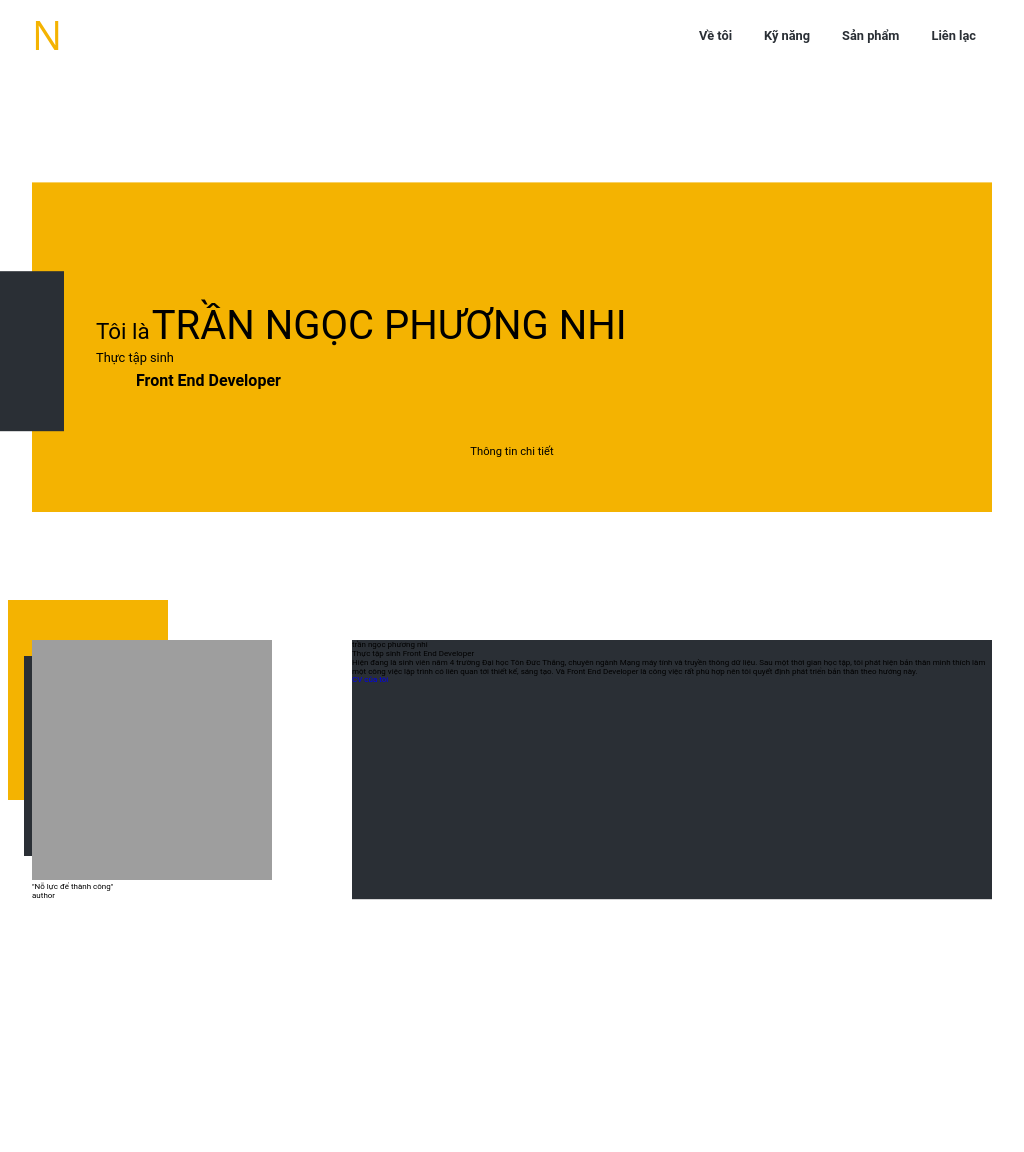
Repository: TranNgocPhuongNhi/my-portfolio
Page: index.html
An editor plug-in stored every save of this project. The page is shown before and after the next save, followed by the edit.
The browser window is 1280 px wide. The pictures show the whole page, at 80% of full size.
Pictures or frames that could not be fetched are drawn as grey boxes. Some icons come from a web library that is not loaded, so they are not drawn. Some web libraries are served in a nearby version.

Above is the page before, as saved 2021-07-04 16:07:01.

### index.html
<!DOCTYPE html>
<html lang="en">
<head>
    <meta charset="UTF-8">
    <meta http-equiv="X-UA-Compatible" content="IE=edge">
    <meta name="viewport" content="width=device-width, initial-scale=1.0">
    <title>My Portfolio</title>
    <link rel="stylesheet" href="https://pro.fontawesome.com/releases/v5.10.0/css/all.css" integrity="sha384-AYmEC3Yw5cVb3ZcuHtOA93w35dYTsvhLPVnYs9eStHfGJvOvKxVfELGroGkvsg+p" crossorigin="anonymous"/>
    <link rel="stylesheet" href="resources/css/main.css">
    <link rel="stylesheet" href="resources/css/responsive.css">
    <link rel="shortcut icon" href="favicon.ico">
</head>
<body>
    <header id="header">
        <nav class="header__nav">
            <div class="container">
                <div class="header__nav-content">
                    <!-- <img src="" alt="logo"> -->
                    <a href="#index.html" class="header__nav-logo">N</a>
                    <ul class="header__nav-list">
                        <li class="nav-item"><a href="#about">Về tôi</a></li>
                        <li class="nav-item"><a href="#skills">Kỹ năng</a></li>
                        <li class="nav-item"><a href="#products">Sản phẩm</a></li>
                        <li class="nav-item"><a href="#contact">Liên lạc</a></li>
                    </ul>
                </div>
            </div>
        </nav>
        <div class="container">
            <div class="header__info">
                <div class="header__info-content">
                    <div class="header__info-name">
                        <span>Tôi là</span>
                        <span class="header__info-fullname">trần ngọc phương nhi</span>
                    </div>
                    <div class="header__info-specialize">
                        <p>Thực tập sinh</p>
                        <p>Front End Developer</p>
                    </div>
                </div>
                <div class="header__info-more">
                    <p>Thông tin chi tiết</p>
                    <div class="header__info-down">
                        <a href="#about">
                            <i class="fal fa-chevron-double-down"></i>
                        </a>
                    </div>
                </div>
            </div>
        </div>

    </header>

    <!-- About me -->
    <section id="about">
        <div class="container">
            <div class="row">
                <div class="col-1-3 about__avatar">
                    <img src="https://media-cdn.laodong.vn/Storage/NewsPortal/2021/2/13/880159/Vuong-Bat-Bac-9.png" alt="my avatar" />
                    <div class="about__quote">
                        <p>"Nỗ lực để thành công"</p>
                        <p>author</p>
                    </div>
                </div>
                <div class="col-3-1 about__content">
                    <div class="about__info">
                        <p>trần ngọc phương nhi</p>
                        <p>Thực tập sinh Front End Developer</p>
                    </div>
                    <p class="about__text">
                        Hiện đang là sinh viên năm 4 trường Đại học  Tôn Đức Thắng,
                        chuyên ngành Mạng máy tính và truyền thông dữ liệu. Sau một
                        thời gian học tập, tôi phát hiện bản thân mình thích làm một
                        công việc lập trình có liên quan tới thiết kế, sáng tạo. Và Front
                        End Developer là công việc rất phù hợp nên tôi quyết định phát
                        triển bản thân theo hướng này.
                    </p>
                    <a href="#" class="about__CV">CV của tôi</a>
                </div>
            </div>
        </div>
    </section>

</body>
</html>

### resources/css/main.css
:root {
    --primary1: #F4B301;
    --primary2: #2A2F35;
    --secondary: #F7F7F7;
    --white: #fff;
    --footer: #3B4046;
}

html {
    font-size: 62.5%;
    font-family: "Roboto", "Helvetica Neue", sans-serif;
    scroll-behavior: smooth;
}

* {
    padding: 0;
    margin: 0;
    box-sizing: border-box;
}

ul, li {
    list-style: none;
}

a {
    text-decoration: none;
}

.container {
    width: 120rem;
    max-width: 100%;
    margin: 0 auto;
}

.row {
    display: flex;
    position: relative;
}

.col-1-3 {
    width: calc(100% / 3);
}

.col-3-1 {
    width: calc(100% * 2 / 3);
}

/* ========================================= HEADER ============================= */
#header {
    height: 100vh;
    position: relative;
}

/* Scroll nav */
.nav-scroll {
    background-color: var(--white);
    box-shadow: 0 0.3rem 1.5rem rgba(0, 0, 0, 0.2);
}

.header__nav {
    padding: 1rem 0;
}

.header__nav-content {
    display: flex;
    justify-content: space-between;
    align-items: center;
}

.header__nav-logo {
    font-size: 5rem;
    font-family: 'Open Sans';
    color: var(--primary1);
}

.header__nav-list {
    display: flex;
}

.nav-item {
    padding: 0 2rem;
}

.nav-item a{
    font-size: 1.6rem;
    font-weight: 600;
    color: var(--primary2);
}

.nav-item a:hover {
    border-bottom: 0.3rem solid var(--primary1);
    animation: toRight 0.4s ease;
}

.header__info {
    background-color: var(--primary1);
    padding: 15rem 8rem;
    position: relative;
    top: 14rem;
}

.header__info::before {
    content: '';
    display: block;
    width: 8rem;
    height: 20rem;
    background-color: var(--primary2);
    position: absolute;
    top: 27%;
    left: -4rem;
}

.header__info-name span:first-child{
    font-size: 2.8rem;
}

.header__info-fullname {
    font-size: 5rem;
    text-transform: uppercase;
}

.header__info-specialize {
    line-height: 1.5;
}

.header__info-specialize p:first-child {
    font-size: 1.6rem;
}

.header__info-specialize p:last-child {
    font-size: 2rem;
    font-weight: bold;
    margin-left: 5rem;
}

.header__info-more {
    text-align: center;
    font-size: 1.4rem;
    line-height: 2;
    position: absolute;
    top: 85%;
    left: 50%;
    transform: translate(-50%, -50%);
}

.header__info-down:hover {
    width: 5rem;
    height: 5rem;
    line-height: 3.5;
    border-radius: 50%;
    border: 2px solid var(--white);
    margin: 0 auto;
    cursor: pointer;
}

.fa-chevron-double-down {
    color: var(--white);
}

/* =========================================== ABOUT ME ====================================== */
#about {
    height: 100vh;
}

.about__avatar,
.about__content {
    margin: 8rem 0;
}

.about__avatar img {
    width: 30rem;
    height: 30rem;
}

.about__avatar::before {
    content: '';
    display: block;
    width: 20rem;
    height: 25rem;
    background-color: var(--primary1);
    position: absolute;
    top: 3rem;
    left: -3rem;
    z-index: -1;
}

.about__avatar::after {
    content: '';
    display: block;
    width: 20rem;
    height: 25rem;
    background-color: var(--primary2);
    position: absolute;
    top: 10rem;
    left: -1rem;
    z-index: -1;
}

.about__content {
    background-color: var(--primary2);
}

/* =========================================== MY SKILLS ====================================== */



/* =========================================== MY PRODUCTS ====================================== */



/* =========================================== CONTACT ME ====================================== */



/* =========================================== ANIMATION ====================================== */
@keyframes toRight {
    0% {
        /* opacity: 0; */
        transform: translateX(-100%);
    }
    100% {
        /* opacity: 1; */
        transform: translateX(0%);
    }
}

### resources/css/responsive.css

/* Large devices (desktops, less than 1200px) */
@media (max-width: 1199.98px) {

}

/* Medium devices (tablets, less than 992px) */
@media (max-width: 991.98px) {

}

/* Small devices (landscape phones, less than 768px) */
@media (max-width: 767.98px) {

}

/* Extra small devices (portrait phones, less than 576px) */
@media (max-width: 575.98px) {

}

After the next save:
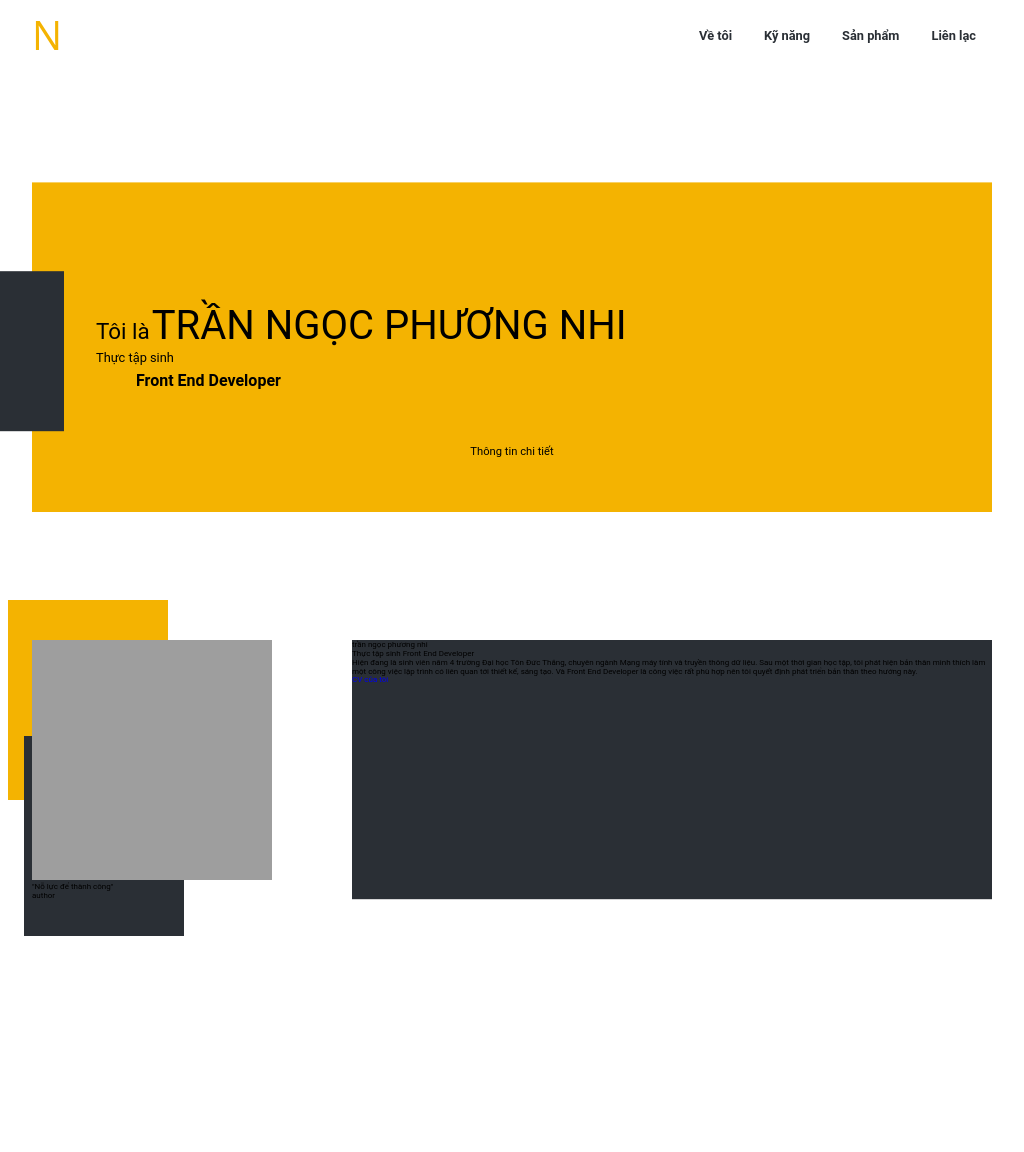
Saved 4 s later.
--- a/resources/css/main.css
+++ b/resources/css/main.css
@@ -191,7 +191,7 @@ a {
     height: 25rem;
     background-color: var(--primary2);
     position: absolute;
-    top: 10rem;
+    top: 20rem;
     left: -1rem;
     z-index: -1;
 }
